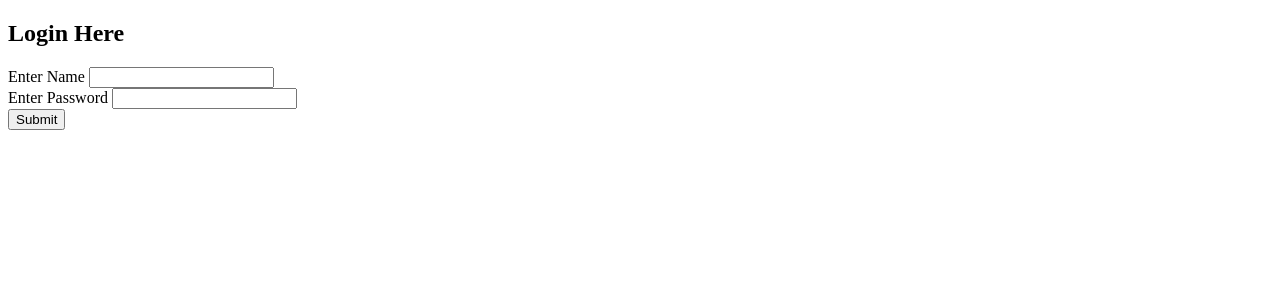
Repository: Mehakbatra496/Eclipse-Workspace
Page: A1_PracticeWebApp/src/main/webapp/index.html
These files come from the project's save history. The page is drawn as it stood at one moment and after the next save; the edit follows.
The browser window is 1280 px wide. The pictures show the whole page.

Above is the page before, as saved 2024-04-21 13:13:40.

### A1_PracticeWebApp/src/main/webapp/index.html
<!DOCTYPE html>
<html>
<head>
<meta charset="UTF-8">
<title>Insert title here</title>
</head>
<body>
	<h2> Login Here</h2>

	<form action="">

	<label>Enter Name</label>

	<input type="text" name="email1"/>

	<br>

		<label>Enter Password</label>

		<input type="text" name="pass1"/>

		<br>

		<button>Submit</button>


	</form>



</body>
</html>

After the next save:
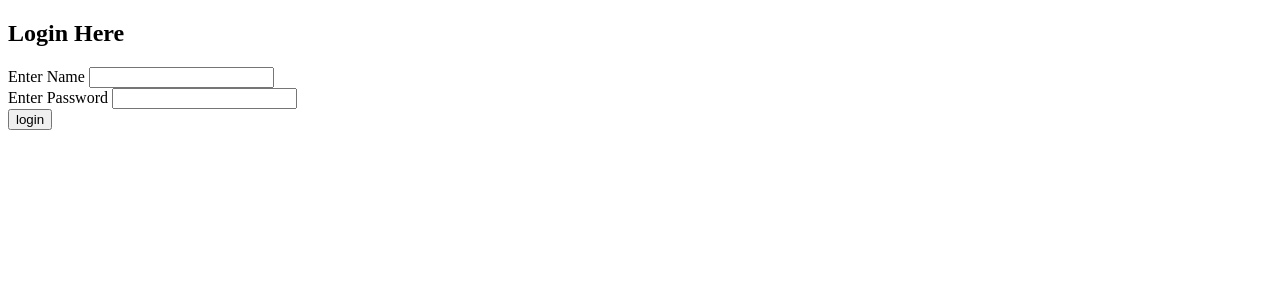
Saved 77 s later.
--- a/A1_PracticeWebApp/src/main/webapp/index.html
+++ b/A1_PracticeWebApp/src/main/webapp/index.html
@@ -15,13 +15,13 @@
 
 	<br>
 
-		<label>Enter Password</label>
+	<label>Enter Password</label>
 
-		<input type="text" name="pass1"/>
+	<input type="text" name="pass1"/>
 
-		<br>
+	<br>
 
-		<button>Submit</button>
+	<input type="submit" value="login"/>
 
 
 	</form>
